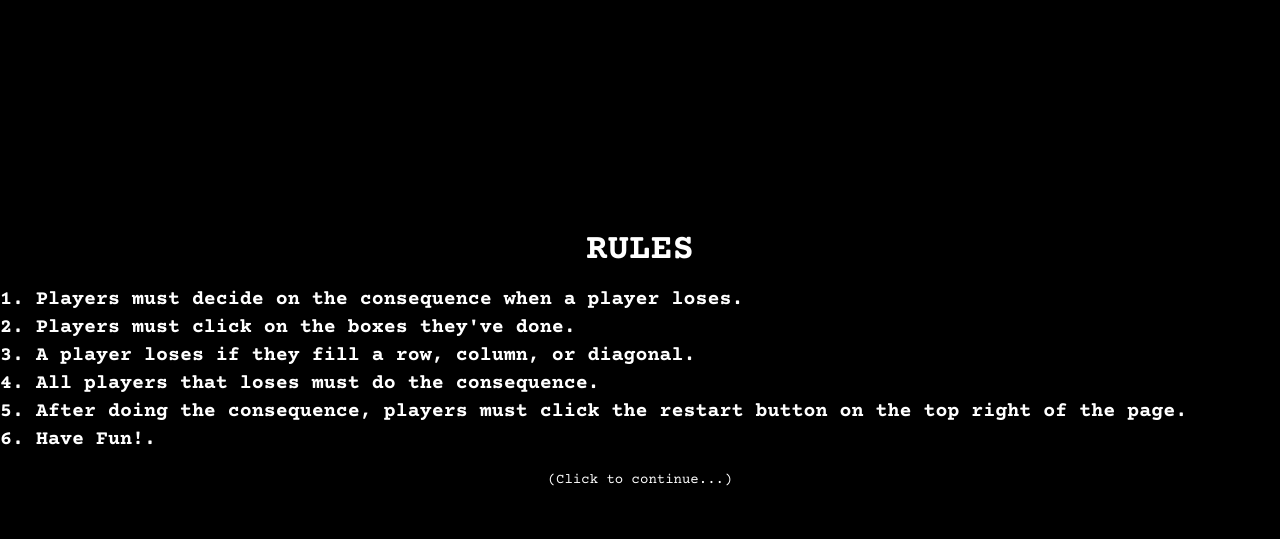
Repository: Jeysmeister/sensoryminds-bingo
Page: /
An editor plug-in stored every save of this project. The page is shown before and after the next save, followed by the edit.
The browser window is 1280 px wide. The pictures show the whole page.
The project was rebuilt for these pictures with package versions that can differ from the ones it lists, and the page was loaded fresh each time. The framework's server and built-in components were replaced by stand-ins that run in the browser. Also part of the build but not shown: next.config.ts.

Above is the page before, as saved 2024-11-12 18:07:27.

### app/layout.tsx
import type { Metadata } from "next";
import { Courier_Prime } from "next/font/google";
import "./globals.css";
import Header from "./components/Header";

export const metadata: Metadata = {
  title: "Never have I BINGO",
  description: "Sensory Minds Front-End Coding Challenge",
};

const courier = Courier_Prime({
  subsets: ["latin"],
  weight: ["400", "700"],
});

export default function RootLayout({
  children,
}: Readonly<{
  children: React.ReactNode;
}>) {
  return (
    <html lang="en">
      <body className={`${courier.className} antialiased`}>{children}</body>
    </html>
  );
}

### app/page.tsx
import { neverHaveIEverQuestions } from "@/data/questions";
import BingoCard from "./components/BingoCard";
import Header from "./components/Header";

export default function Home() {
  const getRandomQuestions = (count: number) => {
    const shuffled = [...neverHaveIEverQuestions].sort(() => 0.5 - Math.random());
    return shuffled.slice(0, count);
  };
  const questions = getRandomQuestions(24);
  return (
    <div className="flex w-screen overflow-hidden">
      {/* <div className="cursor-pointer">
        <div className="w-screen h-screen flex justify-center items-center text-white bg-black flex-col gap-4">
          <div className="text-xl font-bold">Welcome to</div> <div className="text-4xl font-bold">NEVER HAVE I BINGO</div>
          <div className="text-sm">(Click to continue...)</div>
        </div>
      </div> */}
      <div className="cursor-pointer">
        <div className="w-screen h-screen flex justify-center items-center text-white bg-black flex-col gap-4">
          <div className="text-4xl font-extrabold">RULES</div>
          <div className="flex flex-col text-xl font-bold text-left w-full">
            <div>1. Players must decide on the consequence when a player loses.</div>
            <div>2. Players must click on the boxes they've done.</div>
            <div>3. A player loses if they fill a row, column, or diagonal.</div>
            <div>4. All players that loses must do the consequence.</div>
            <div>5. After doing the consequence, players must click the restart button on the top right of the page.</div>
            <div>6. Have Fun!.</div>
          </div>
          <div className="text-sm">(Click to continue...)</div>
        </div>
      </div>
      {/* <div className="w-screen h-screen flex flex-col justify-center items-center">
        <Header />
        <BingoCard questions={questions} />
      </div> */}
    </div>
  );
}

### data/questions.ts
export const neverHaveIEverQuestions = [
  "laughed so hard I snorted",
  "eaten a whole pizza by myself",
  "stayed up all night binge-watching a series",
  "danced in the rain",
  "tried to learn another language just to impress someone",
  "accidentally texted the wrong person",
  "pretended to know a celebrity",
  "had a nightmare about work or school",
  "played a prank on a teacher or boss",
  "gone skinny dipping",
  "gotten lost in an amusement park",
  "been on a blind date",
  "pretended to be on a cooking show while making food",
  "locked myself out of my house",
  "forgotten an important anniversary or birthday",
  "tried a weird food combination that I ended up loving",
  "cried during a movie",
  "played a video game all night",
  "forgotten someone's name right after meeting them",
  "laughed at a joke I didn't get",
  "sung karaoke in public",
  "cried at a wedding",
  "been the last one awake at a sleepover",
  "tried to start a fire without matches or a lighter",
  "accidentally sent a message to the wrong person",
  "made up an excuse to get out of a date",
  "accidentally walked into the wrong restroom",
  "gotten a tattoo I regretted",
  "pretended to like a gift I didn't like",
  "been on a roller coaster",
  "cried during a song",
  "fainted in public",
  "had my phone fall in water",
  "pretended to be sick to skip school or work",
  "done a backflip",
  "lied to my best friend",
  "been scared of clowns",
  "cried at a concert",
  "sang in the shower",
  "had a crush on a teacher",
  "broken a bone",
  "eaten food that was still frozen",
  "gotten stitches",
  "driven a car",
  "ridden a motorcycle",
  "been to a haunted house",
  "been on TV",
  "been afraid of the dark",
  "been stuck in an elevator",
  "lost my wallet",
  "cooked an elaborate meal for myself",
  "accidentally broken a friend's item and didn't tell them",
  "regretted a social media post",
  "missed a flight",
  "forgotten my passport while traveling",
  "made a mess and left it for someone else to clean",
  "skipped school or work for a road trip",
  "written a poem for someone",
  "fallen asleep on public transportation and missed my stop",
  "said 'you too' when a cashier said 'enjoy your meal'",
  "been told I look like a celebrity",
  "stayed up all night talking to someone",
  "gone to a costume party as myself",
  "bought something just for the packaging",
  "tried to do the splits",
  "put something back on the shelf after deciding not to buy it",
  "worn pajamas in public",
  "ordered an item of food just to take a picture of it",
  "walked into a glass door",
  "gone somewhere just for the free food",
  "tried a dance move from a music video",
  "lost something important and found it years later",
  "kept a plant alive for over a year",
  "given a fake name at a coffee shop",
  "forgotten where I parked my car",
  "forgotten my own phone number",
  "sent a text while angry that I regretted later",
  "watched an entire series in a single day",
  "had a song stuck in my head for days",
  "missed an important event because I overslept",
  "gotten sunburned so badly I peeled",
  "tried to ice skate and fallen",
  "been in a flash mob",
  "left a comment on a stranger's social media",
  "gone to the movies alone",
  "pretended to understand something I didn't",
  "stolen something small from a hotel",
  "broken a bone and not realized it immediately",
  "sent an email without proofreading it first",
  "taken a personality quiz online",
  "signed up for something I didn't want just for a freebie",
  "gotten a scar from something silly",
  "apologized to an object after bumping into it",
  "lost track of time while browsing the internet",
  "taken a selfie with a pet",
  "stayed in pajamas all day",
  "been seasick",
  "seen a ghost",
  "tried to play matchmaker for friends",
  "pretended I knew the words to a song",
  "kept a secret for over a year",
  "ate something weird just to prove I could",
  "looked up my own name on the internet",
  "changed my hairstyle on a whim",
  "put salt in coffee or tea by accident",
  "eaten a whole cake by myself",
  "watched a movie and fell asleep halfway through",
  "had an imaginary friend",
  "been to a concert",
  "eaten food that was past its expiration date",
  "accidentally called someone by the wrong name",
  "broken something expensive and blamed it on someone else",
  "spent more than $100 on something I didn’t need",
  "used someone else's toothbrush",
  "tried to eat something spicy and regretted it immediately",
  "posted something embarrassing online",
  "tried to flirt and failed miserably",
  "lied about my age",
  "been on a dating app",
  "used a fake ID",
  "faked being sick to avoid something",
  "lived in a place that wasn’t my own",
  "kept something from my childhood",
  "had a pet that wasn’t a dog or cat",
  "faked a phone call",
  "ate something because it was trendy",
  "thought I was going to die at some point",
  "slept through an alarm",
  "danced in front of a mirror",
  "sang in front of a mirror",
  "had a food fight",
  "tried to become friends with someone just because they were popular",
  "stalked someone on social media",
  "tried to break up with someone but didn’t",
  "had a crush on a fictional character",
  "joined a group just to get discounts",
  "told someone a secret and regretted it",
  "ate something I didn’t like to be polite",
  "cheated on a test",
  "used a burner phone",
  "felt awkward in a social setting",
  "kept a childhood toy",
  "threw a surprise party for someone",
  "accidentally walked into a room full of people while I was on a video call",
  "joined a club to meet new people",
  "went on a blind date",
  "helped a friend cheat on an exam",
  "had a weird pet",
  "forgotten to charge my phone",
  "called in sick to work when I wasn’t",
  "been caught stealing something",
  "tried to take a shortcut that ended up being longer",
  "left a store without paying for something",
  "made a fake profile to prank someone",
  "kept a really embarrassing thing secret from my family",
  "met someone famous",
  "slept through an important meeting",
  "had a crush on a teacher",
  "sang in public",
  "had a bad haircut and didn’t tell anyone",
  "used a dating app without success",
  "snuck into a movie",
  "made a prank phone call",
  "used someone’s Netflix account without permission",
  "went on a vacation alone",
  "used a discount code that wasn’t meant for me",
  "accidentally wore mismatched socks",
  "tried a weird life hack that didn’t work",
  "got scammed online",
  "eaten an entire chocolate bar in one sitting",
  "seen something creepy and didn’t tell anyone",
  "been told to be quiet in a library",
  "been to a theme park with friends",
  "gotten in trouble for something I didn’t do",
  "had a fashion disaster",
  "was a picky eater when I was younger",
  "accidentally liked an old photo on social media",
  "wore sunglasses inside",
  "stayed up late for no reason",
  "had an awkward family gathering",
  "been called out in a public place",
  "tried to impress someone and failed",
  "lost a bet and had to do something silly",
  "said something inappropriate in front of my parents",
  "been to a concert of a band I didn’t like",
  "laughed during a serious moment",
  "tried to sell something I didn’t need",
  "talked to someone only to realize I had met them before",
  "tried to skip a line and got caught",
  "ate food that was not prepared by me",
  "tried to fix something and made it worse",
  "was shocked by something that turned out to be a prank",
  "pretended to be asleep when someone walked in",
  "had a crush on someone for a long time without telling them",
  "spent too much money on coffee",
  "missed a major event because I overslept",
  "sent a message to the wrong person by accident",
  "accidentally made an embarrassing sound in public",
  "looked up how to do something but still couldn’t",
  "tried to impress someone with a talent I didn’t have",
  "tried a food that sounded good but tasted bad",
  "was caught talking to myself in public",
  "made a mess and didn’t clean it up",
  "was caught eavesdropping on a conversation",
  "spent more than I planned on something",
  "told someone I was busy when I wasn’t",
  "went somewhere just for the food",
  "tried to act cool but failed",
  "lost something and then found it in a place I looked earlier",
  "spent an entire day in my pajamas",
  "tried a DIY project and it turned out horrible",
  "pretended to be an expert at something",
  "laughed at a joke I didn’t understand",
  "accidentally sent a text with a typo to my boss",
  "talked to someone for a while only to realize they weren’t who I thought",
  "tried to speak another language and failed",
  "got caught in a lie",
  "accidentally said something inappropriate",
  "pretended to know how to drive but didn’t",
  "lost my phone and found it in the last place I looked",
  "ate something and immediately regretted it",
  "been surprised by a surprise party",
  "sung a song in the car like it was a concert",
  "pretended to be sick to avoid work",
  "had a pet that I wasn’t responsible for",
  "been on a reality TV show",
  "eaten a whole bag of chips in one sitting",
  "watched something on Netflix that was totally embarrassing",
  "forgotten to reply to a message for a week",
  "gotten lost and found my way by asking for directions",
  "been embarrassed by my own joke",
  "told a bad joke that no one laughed at",
  "forgotten my own birthday",
  "failed a simple task",
  "been caught stealing something small",
  "spied on someone without their knowledge",
  "drank coffee at midnight",
  "accidentally sent a selfie to the wrong person",
  "made a huge mistake at work",
  "accidentally dyed my hair a weird color",
  "acted like I knew something but didn’t",
  "forgotten where I put my phone",
  "told a fib that backfired",
  "shared a secret that wasn’t mine to share",
];

Loaded but not shown: app/globals.css (common file); tailwind.config.ts (common file)

After the next save:
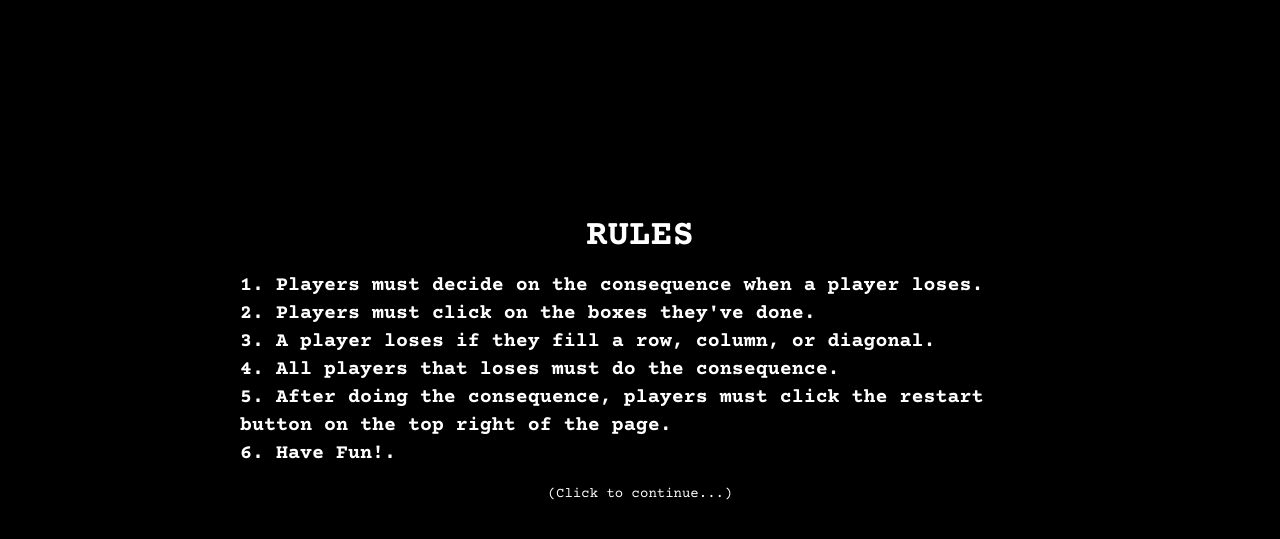
Saved 8 s later.
--- a/app/page.tsx
+++ b/app/page.tsx
@@ -19,7 +19,7 @@ export default function Home() {
       <div className="cursor-pointer">
         <div className="w-screen h-screen flex justify-center items-center text-white bg-black flex-col gap-4">
           <div className="text-4xl font-extrabold">RULES</div>
-          <div className="flex flex-col text-xl font-bold text-left w-full">
+          <div className="flex flex-col text-xl font-bold text-left w-[800px]">
             <div>1. Players must decide on the consequence when a player loses.</div>
             <div>2. Players must click on the boxes they've done.</div>
             <div>3. A player loses if they fill a row, column, or diagonal.</div>
